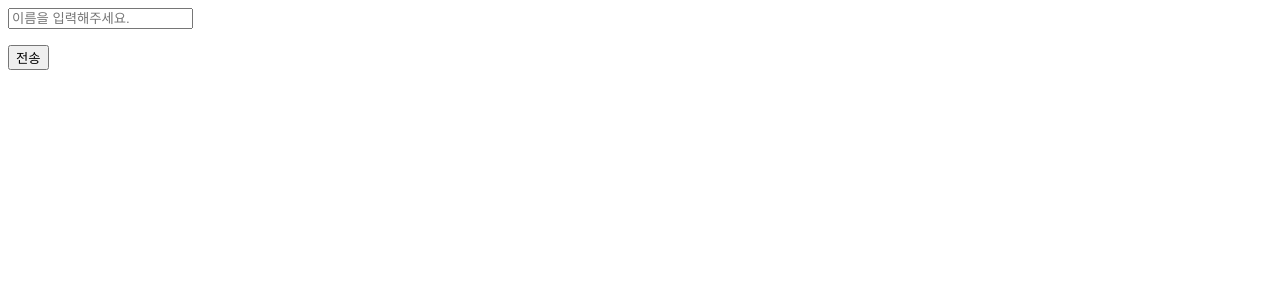
Repository: mingzzang666/study-jsp
Page: http://localhost/a-intro/ex03.jsp
These files come from the project's save history. The page is drawn as it stood at one moment and after the next save; the edit follows.
The browser window is 1280 px wide. The pictures show the whole page.
The page is served by Tomcat 10.

Above is the page before, as saved 2025-07-28 03:28:41.

After the next save:
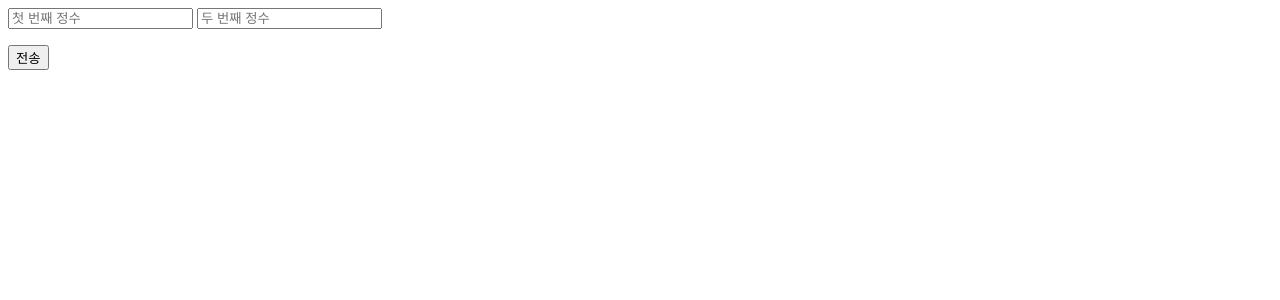
Saved 28 s later.
--- a/workspace/a-intro/src/main/webapp/ex03.jsp
+++ b/workspace/a-intro/src/main/webapp/ex03.jsp
@@ -8,7 +8,8 @@
 </head>
 <body>
    <form action="ex03" method="post" name="fruitInfoForm">
-      <input type="text" name="memberName" placeholder="이름을 입력해주세요.">
+   <input type="text" name="num1" placeholder="첫 번째 정수">
+   <input type="text" name="num2" placeholder="두 번째 정수">
       <p id="name-message"></p>
       <input type="button" value="전송">
    </form>
